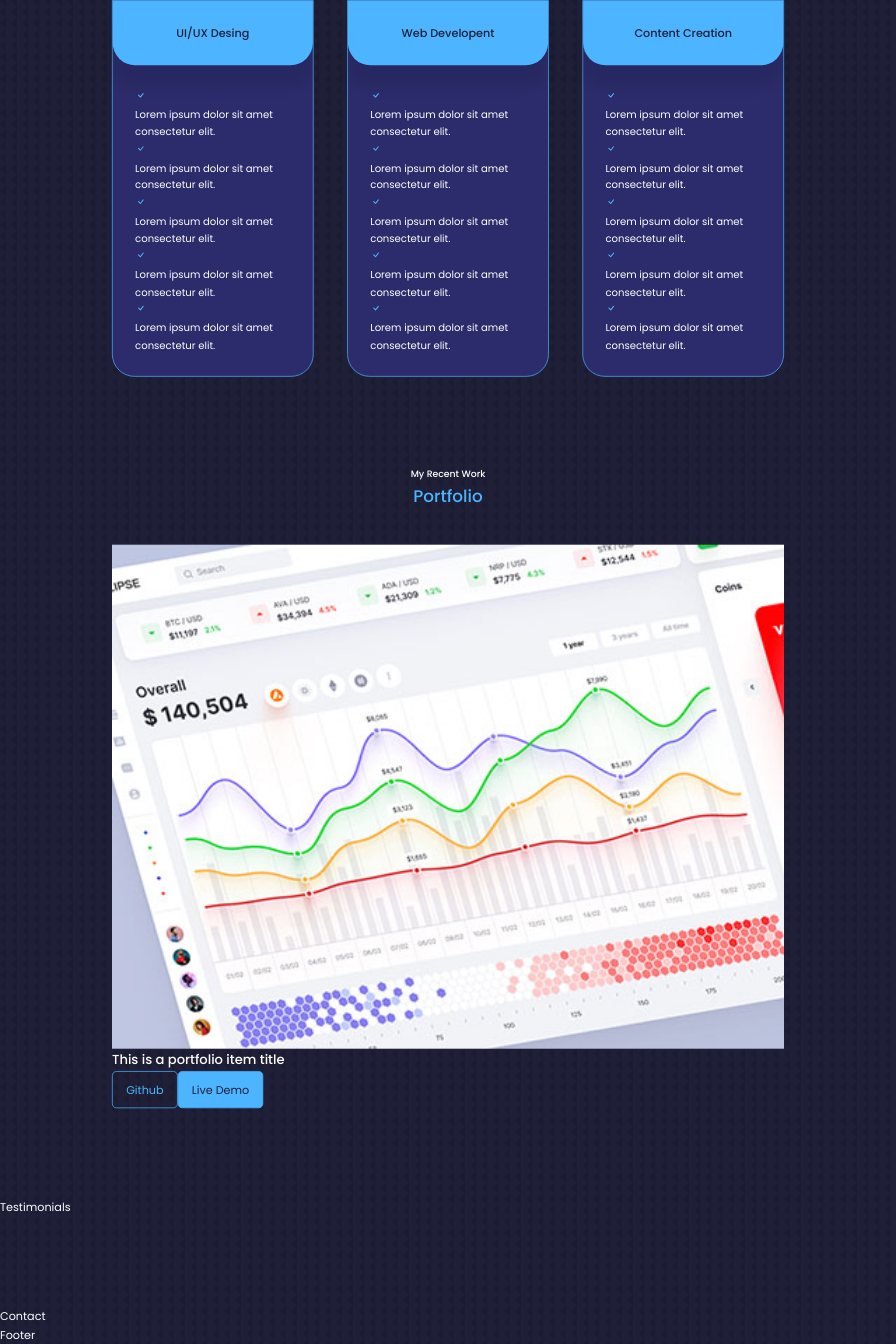
Repository: YuriSarmanho/Portifolio-
Page: / (app in portifolio/)
The author's editor kept a copy of each file at every save. The page is drawn from the files as they stood at one save, then again after the next save.
The browser window is 1280 px wide. The pictures show the part of the page from y = 2263 to 4183 px (the page is 4183 px tall before and 4130 px after), at 70% of full size.
The project was rebuilt for these pictures with package versions that can differ from the ones it lists, and the page was loaded fresh each time. Also part of the build but not shown: portifolio/src/Components/Contact/Contact.css, portifolio/src/Components/Testimonials/Testimonials.css, portifolio/src/Components/Portfolio/Portfolio.css. Imported but missing from the stored project, and not drawn on this page: portifolio/src/assets/cv.pdf.

Above is the page before, as saved 2022-05-25 10:27:17.

After the next save:
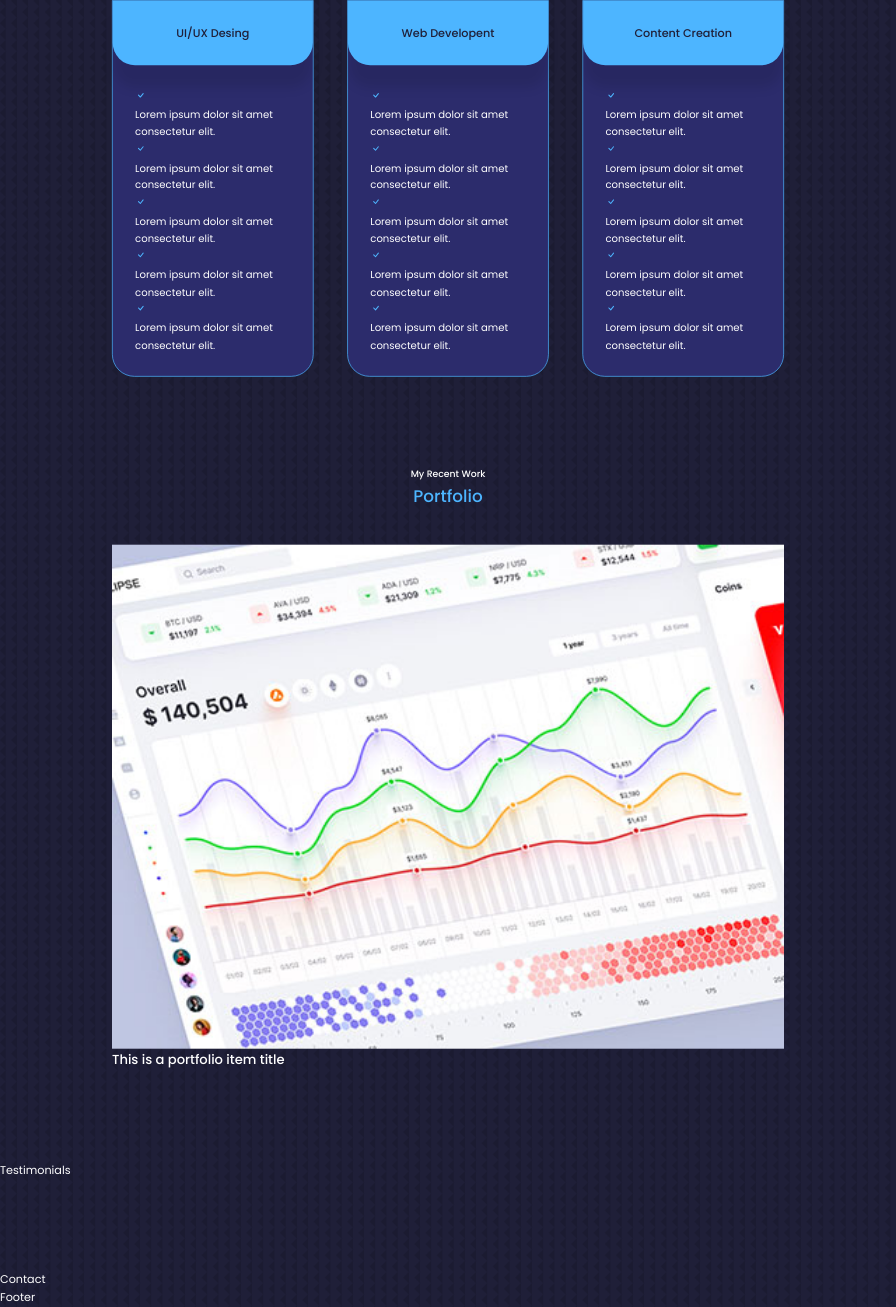
Saved 5 s later.
--- a/portifolio/src/Components/Portfolio/Portfolio.jsx
+++ b/portifolio/src/Components/Portfolio/Portfolio.jsx
@@ -18,14 +18,7 @@
             <img src={IMG1} alt="" />
           </div>
           <h3>This is a portfolio item title</h3>
-
-          <a href="http://github.com" className="btn" target="_blank">
-            Github
-          </a>
-          <a href="#" className="btn btn-primary" target="_blank">
-            Live Demo
-          </a>
-        </article>
+                  </article>
       </div>
     </section>
   );
